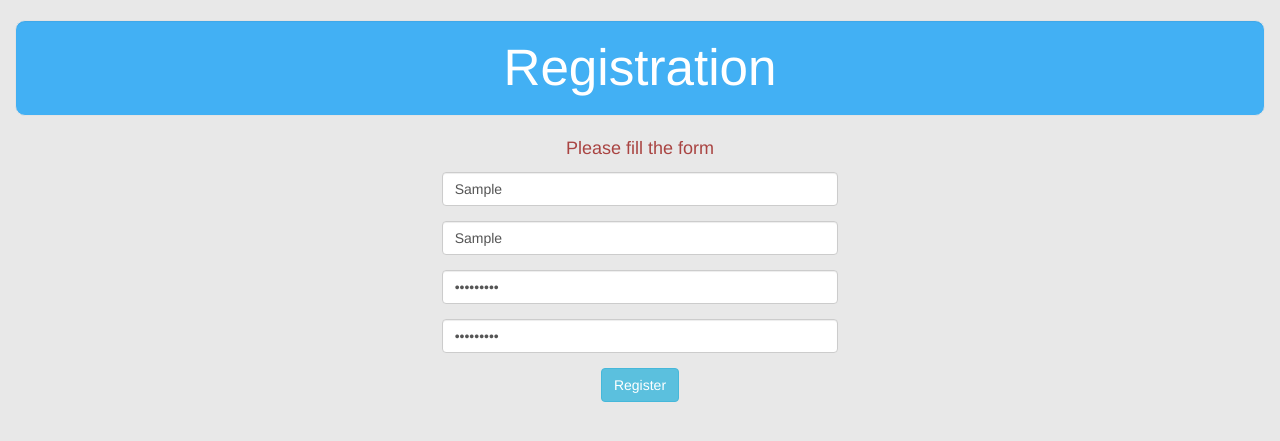
Repository: betardev/SocialProj
Page: http://localhost/SocialProjCustomers/CustomerRegistration/RegistrationForm.jsp
An editor plug-in stored every save of this project. The page is shown before and after the next save, followed by the edit.
The browser window is 1280 px wide. The pictures show the whole page.
Empty fields were first filled with sample values (such as "Sample", 5 or name@example.com).
After loading, the first visible `button.btn` was clicked once.
The page is served by Tomcat 9. Other server files are loaded and not shown.

Above is the page before, as saved 2017-06-24 11:45:24.

### SocialProjCustomers/WebContent/CustomerRegistration/RegistrationForm.jsp
<%@ page language="java" contentType="text/html; charset=ISO-8859-1"
    pageEncoding="ISO-8859-1"%>
<%@ include file = "hashPassword.jsp" %>
<!DOCTYPE html PUBLIC "-//W3C//DTD HTML 4.01 Transitional//EN" "http://www.w3.org/TR/html4/loose.dtd">
<html>
<head>
<meta http-equiv="Content-Type" content="text/html; charset=ISO-8859-1">
<title>Insert title here</title>
<style>
     <%@ include file = "Bootstrap/css/bootstrap.min.css" %>
     <%@ include file = "CustomDes.css" %>
     body { background: #E8E8E8 !important; }
</style>

</head>
<body bgcolor = "#E8E8E8">

<div class = "container-fluid">
  <div class = "row">
	<div class = "col-xs-12">
		<H1 class ="text-center well bold"> Registration </H1>
	</div>
	<div class = "col-xs-12">
		<p class ="text-center text-success" id = "problemShower"> Everything is fine </p>
	</div>
    <div class = "col-xs-4">
    </div>
    <div class = "col-xs-4">
  		<form>
 			<div class = "form-group">
 				<input name = "username" class = "form-control" id = "username" onkeyup = "checkUserBool()" type = "text"  placeholder = "Username.."/>
  			</div>
  	    	<div class = "form-group">
 				<input name = "email" class = "form-control" id = "email" type = "text" onkeyup = "checkUserBool()" placeholder = "email.."/>
        	</div>
        	<div class = "form-group">
 				<input type = "password" class = "form-control" name = "password" id = "firstPass" onkeyup = "checkUserBool()" placeholder = "password.." />
 			</div>
			<div class = "form-group">
 				<input type = "password" class = "form-control" name = "cnfpassword" id = "confPass" onkeyup = "checkUserBool()" placeholder = "confirm password.."/>
 			</div>
 			<div class = "text-center">
 				<button type = "button" class = " btn btn-info " onclick = "sendFormInfo();"> Register </button>
 			</div>
  		</form>
  	</div>
  	<div class = "col-xs-4">
  	</div>
  </div>
</div>
<script>

var request;
var isProblem = false;
var userExists = false;
var isFull = false;

function sendFormInfo(){
	var usernameInfo = document.getElementById("username").value;
	var emailInfo = document.getElementById("email").value;
	var passwordInfo = document.getElementById("firstPass").value;
	isFull = false;
	checkUserBool();
	if(!isProblem && isFull){
	var url="CustomerInfoGather.jsp?username="+usernameInfo + "&email=" + emailInfo + "&password=" + passwordInfo;

	if(window.XMLHttpRequest){
		request = new XMLHttpRequest();
	}
    else if(window.ActiveXObject){
		request = new ActiveXObject("Microsoft.XMLHTTP");
	}

	try{
		request.open("GET",url,true);
		request.onreadystatechange = getInfo;
		request.send();
		}catch(e){alert("Unable to connect to server");}
	}
	if(!isFull){
		document.getElementById("problemShower").innerHTML = "Please fill the form";
		document.getElementById("problemShower").classList.remove("text-success");
		document.getElementById("problemShower").classList.add("text-danger");
	}

}


//Recieve information from database.
function getInfo(){
	if(request.readyState == 4){
		alert(request.responseText);
		var jsonResponse = JSON.parse(request.responseText);
		if(jsonResponse.isProblem == "true"){
			document.getElementById("problemShower").innerHTML = "Username already exists";
			document.getElementById("problemShower").classList.remove("text-success");
			document.getElementById("problemShower").classList.add("text-danger");
			userExists = true;
		}
		if(jsonResponse.isProblem == "false"){
			document.getElementById("problemShower").classList.remove("text-danger");
			document.getElementById("problemShower").classList.add("text-success");
			document.getElementById("problemShower").innerHTML = "Everything is fine";
			userExists = false;
			checkForProblems();
		}
	}
	//TODO: if response is Everything is fine, then checkForProblems, couldn't get response that I can check, it responds very long text, so can't be checked


}


function checkUserBool(){
	if(!userExists)
		checkForProblems();
}

function validateEmail(email) {
    	var re = /^(([^<>()\[\]\\.,;:\s@"]+(\.[^<>()\[\]\\.,;:\s@"]+)*)|(".+"))@((\[[0-9]{1,3}\.[0-9]{1,3}\.[0-9]{1,3}\.[0-9]{1,3}])|(([a-zA-Z\-0-9]+\.)+[a-zA-Z]{2,}))$/;
   	 	return re.test(email);
}



function checkForProblems(){
        isProblem = true;
		if(document.getElementById("username").value.length < 5 && document.getElementById("username").value.length > 0){
			document.getElementById("problemShower").classList.remove("text-success");
			document.getElementById("problemShower").classList.add("text-danger");
			document.getElementById("problemShower").innerHTML = "Username is too short";
			return;
		}
		if(document.getElementById("username").value.length > 18){
			document.getElementById("problemShower").classList.remove("text-success");
			document.getElementById("problemShower").classList.add("text-danger");
			document.getElementById("problemShower").innerHTML = "Username is too long";
			return;
		}

		if(!validateEmail(document.getElementById("email").value) && document.getElementById("email").value.length > 0){
			document.getElementById("problemShower").innerHTML = "Please enter valid email address";
			document.getElementById("problemShower").classList.remove("text-success");
			document.getElementById("problemShower").classList.add("text-danger");
			return;
		}

		if(document.getElementById("firstPass").value.length < 5 && document.getElementById("firstPass").value.length > 0){
			document.getElementById("problemShower").innerHTML = "Password is too short";
			document.getElementById("problemShower").classList.remove("text-success");
			document.getElementById("problemShower").classList.add("text-danger");
			return;
		}
		if(document.getElementById("firstPass").value.length > 36){
			document.getElementById("problemShower").innerHTML = "Password is too long";
			document.getElementById("problemShower").classList.remove("text-success");
			document.getElementById("problemShower").classList.add("text-danger");
			return;
		}
		if(document.getElementById("confPass").value != document.getElementById("firstPass").value && document.getElementById("confPass").value.length > 0 && document.getElementById("firstPass").value.length > 0){
			document.getElementById("problemShower").innerHTML = "Passwords don't match";
			document.getElementById("problemShower").classList.remove("text-success");
			document.getElementById("problemShower").classList.add("text-danger");
			return;
		}
			isProblem = false;
			document.getElementById("problemShower").classList.remove("text-danger");
			document.getElementById("problemShower").classList.add("text-success");
		    document.getElementById("problemShower").innerHTML = "Everything is fine";

		if(document.getElementById("firstPass").value.length > 0 && document.getElementById("confPass").value.length > 0 && document.getElementById("email").value.length > 0 && document.getElementById("username").value.length > 0){
			if(!isProblem){
				isFull = true;
			}
		}
}





</script>


</body>
</html>

### SocialProjCustomers/WebContent/CustomerRegistration/hashPassword.jsp
<%@ page import = "java.security.*" %>
<%@ page import = "java.sql.*" %>
<%@ page import = "java.io.*" %>
<%@ page import = "org.json.simple.*" %>
<%@ page import = "socproj.db.connection.UserManagement" %>
<%@ page import = "socproj.db.connection.UserInfo" %>
<%@ page import = "socproj.db.connection.DataBaseConnector" %>
<%@ page language="java" contentType="text/html; charset=ISO-8859-1"
    pageEncoding="ISO-8859-1"%>
<%!

public String returnHashPass(String passSec) throws NoSuchAlgorithmException{
MessageDigest mdAlgorithm = MessageDigest.getInstance("MD5");
mdAlgorithm.update(passSec.getBytes());
byte[] digest = mdAlgorithm.digest();
StringBuffer hexString = new StringBuffer();
for (int i = 0; i < digest.length; i++) {
	passSec = Integer.toHexString(0xFF & digest[i]);
if (passSec.length() < 2) {
	passSec = "0" + passSec;
}
	 	hexString.append(passSec);
}
return hexString.toString();
}

%>

### SocialProjCustomers/WebContent/CustomerRegistration/CustomDes.css
@CHARSET "ISO-8859-1";
.well {
	background-color : #42B0F4 !important;
	/*outline : 1px solid;
	outline-color: white;*/
	border-radius: 10px;
}



h1 { color: white; font-size: 4.0vw; !important; }

h2 { font-size: 4.0vh; !important; }

p { font-size: 2.5vmin; !important; }

/*
.row {
  background-color: #E8E8E8 !important;
}*/

Loaded but not shown: SocialProjCustomers/WebContent/CustomerRegistration/Bootstrap/css/bootstrap.min.css (library)

After the next save:
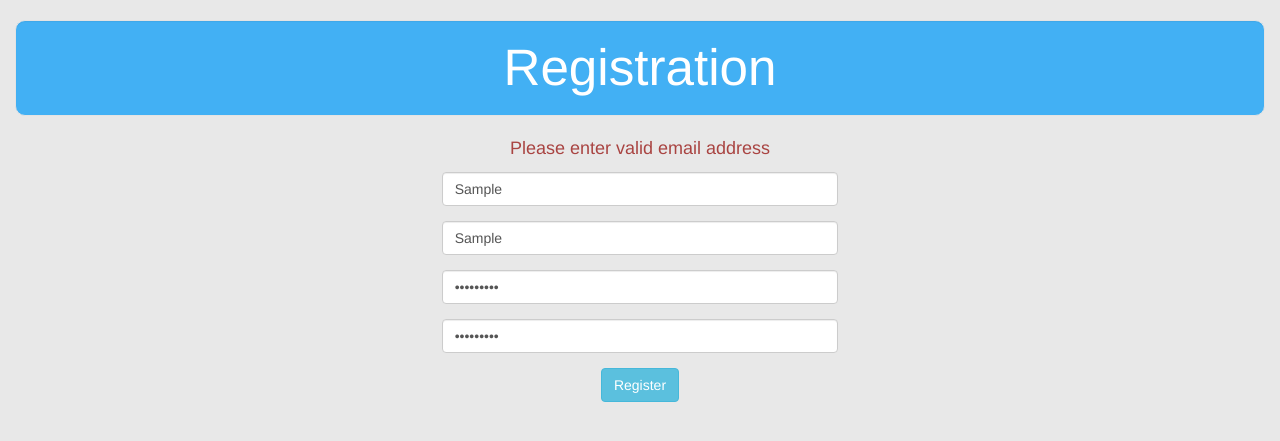
Saved 2 min 15 s later.
--- a/SocialProjCustomers/WebContent/CustomerRegistration/RegistrationForm.jsp
+++ b/SocialProjCustomers/WebContent/CustomerRegistration/RegistrationForm.jsp
@@ -77,7 +77,7 @@ function sendFormInfo(){
 		request.send();
 		}catch(e){alert("Unable to connect to server");}
 	}
-	if(!isFull){
+	if(!isFull && !isProblem){
 		document.getElementById("problemShower").innerHTML = "Please fill the form";
 		document.getElementById("problemShower").classList.remove("text-success");
 		document.getElementById("problemShower").classList.add("text-danger");
